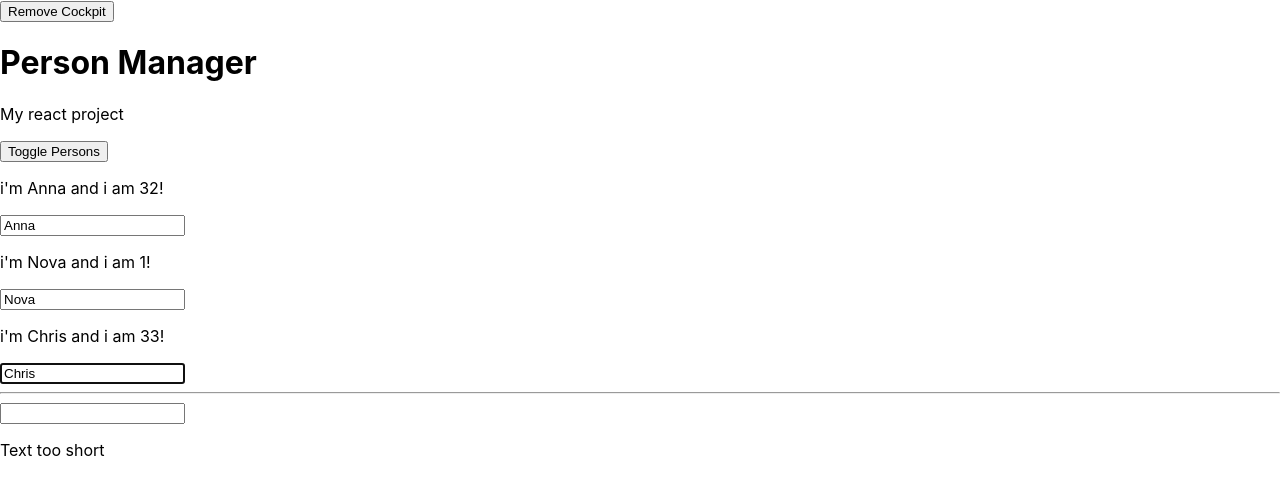
Repository: chrisbriz/myreactapp
Page: /
These files come from the project's save history. The page is drawn as it stood at one moment and after a run of saves; the edit follows.
The browser window is 1280 px wide. The pictures show the whole page.
The project was rebuilt for these pictures with package versions that can differ from the ones it lists, and the page was loaded fresh each time. Also part of the build but not shown: src/Containers/App.css, src/Components/Char.js, src/Components/Persons/Person/Person.css, src/Components/Cockpit/Cockpit.css.

Above is the page before, as saved 2019-02-20 09:56:50.

### src/index.js
import React from 'react';
import ReactDOM from 'react-dom';
import './index.css';
import App from './Containers/App';
import * as serviceWorker from './serviceWorker';

ReactDOM.render(<App appTitle="Person Manager"/>, document.getElementById('root'));

// If you want your app to work offline and load faster, you can change
// unregister() to register() below. Note this comes with some pitfalls.
// Learn more about service workers: http://bit.ly/CRA-PWA
serviceWorker.unregister();

### src/Containers/App.js
import React, { Component } from 'react';
import classes from './App.css';
import Validation from '../Components/Validation';
import Char from '../Components/Char';
import Persons from '../Components/Persons/Persons';
import Cockpit from '../Components/Cockpit/Cockpit';
import withCLass from '../HOC/withClass';
import Auxiliary from '../HOC/Auxiliary';


class App extends Component {

  constructor(props) {
    super(props);
    console.log('[App.js] constructor');
  }

  //state = component internal data, data source
  state = {
    persons: [
      { id: '1', name: 'Anna', age: 32 },
      { id: '2', name: 'Nova', age: 1 },
      { id: '3', name: 'Chris', age: 33 }
    ],
    showPersons: false,
    userInput: '',
    showCockpit: true,
    changeCounter: 0
  }

  static getDerivedStateFromProps(props, state) {
    console.log('[App.js] getDerivedStateFromProps', props)
    return state;
  }

  //IMPORTANT LIFECYCLE HOOK
  componentDidMount() {
    console.log('[App.js] componentDidMount');
  }

  //IMPORTANT LIFECYCLE HOOK
  shouldComponentUpdate(nextProps, nextState) {
    console.log('[App-js] shouldComponentUpdate');
    return true;
  }

  //IMPORTANT LIFECYCLE HOOK
  componentDidUpdate() {
    console.log('[App-js] componentDidUpdate');
  }

  inputChangeHandler = (event) => {
    this.setState({ userInput: event.target.value })
  }

  deleteCharHandler = (index) => {
    const text = this.state.userInput.split('');
    text.splice(index, 1);
    const updatedText = text.join('');
    this.setState({ userInput: updatedText });
  }

  nameChangedHandler = (event, id) => {
    const personIndex = this.state.persons.findIndex(p => {
      return p.id === id;
    });

    const person = {
      ...this.state.persons[personIndex]
    };

    person.name = event.target.value;

    const persons = [...this.state.persons];
    persons[personIndex] = person;

    this.setState((prevState, props) => {
      return {
        persons: persons,
        changeCounter: prevState.changeCounter + 1
      };
    });
  }

  deletePersonHandler = (personIndex) => {
    // const persons = this.state.persons.slice();
    /*spread operator = spreads le element of the initial array into a new array
    we now manipulate a copy of the original state (mutating the state directly is bad practice)
    then updating the state*/
    const persons = [...this.state.persons];
    persons.splice(personIndex, 1);
    this.setState({ persons: persons });
  }

  togglePersonsHandler = () => {
    const doesShow = this.state.showPersons;
    this.setState({ showPersons: !doesShow });
  }

  render() {
    console.log('[App.js] render')

    const charList = this.state.userInput.split('').map((ch, index) => {
      return <Char
        character={ch}
        key={index}
        clicked={() => this.deleteCharHandler(index)} />;
    });

    let persons = null;

    if (this.state.showPersons) {
      persons =
        <Persons
          persons={this.state.persons}
          clicked={this.deletePersonHandler}
          changed={this.nameChangedHandler} />
    }

    return (
      <Auxiliary>
        <button
          onClick={() => {
            this.setState({ showCockpit: false });
          }}>
          Remove Cockpit
        </button>
        {this.state.showCockpit ? (
          <Cockpit
            title={this.props.appTitle}
            showPersons={this.state.showPersons}
            personsLength={this.state.persons.length}
            clicked={this.togglePersonsHandler}
          />
        ) : null}
        {persons}
        <hr />
        <input
          type="text"
          onChange={this.inputChangeHandler}
          value={this.state.userInput} />
        <p>{this.state.userInput}</p>
        <Validation inputLength={this.state.userInput.length} />
        {charList}
      </Auxiliary>
    );
  }
}

export default withCLass(App, classes.App);

### src/Components/Validation.js
import React from 'react';

const validation = (props) => {
    let validationMessage = 'Text long enough';

    if(props.inputLength <= 5){
        validationMessage ='Text too short';
    }

    return (
        <div>
            <div>{validationMessage}</div>
        </div>
    );
};

export default validation;

### src/Components/Persons/Persons.js
import React, { PureComponent } from 'react';
import Person from './Person/Person';


class Persons extends PureComponent {
    // static getDerivedStateFromProps(props, state){
    //     console.log('[Persons.js] getDerivedStateFromProps');
    //     return state;
    // }

    // componentWillReceiveProps(props){
    //     console.log('[Persons.js] componentWillReceiveProps', props);
    // }

    // shouldComponentUpdate(nextProps, nextState) {
    //     console.log('[Persons.js] souldComponentUpdate');
    //     if (
    //         nextProps.persons !== this.props.persons ||
    //         nextProps.changed !== this.props.changed ||
    //         nextProps.clicked !== this.props.clicked
    //         ) {
    //         return true;
    //     } else {
    //         return false;
    //     }
    // }

    getSnapshotBeforeUpdate(prevProps, prevState) {
        console.log('[Persons.js] getSnapshotBeforeUpdate');
        return { message: 'Snapshot!' };
    }

    componentDidUpdate(prevProps, prevState, snapshot) {
        console.log('[Persons.js] componentDidUpdate');
        console.log(snapshot);
    }

    componentWillUnmount() {
        console.log('[Persons.js] componentWillUnmount');
    }

    render() {
        console.log('[Person.js] rendering...');
        return this.props.persons.map((person, index) => {
            return (
                <Person
                    click={() => this.props.clicked(index)}
                    name={person.name}
                    age={person.age}
                    key={person.id}
                    changed={(event) => this.props.changed(event, person.id)}
                />
            );
        });
    }
}

export default Persons;

### src/Components/Cockpit/Cockpit.js
import React, { useEffect, useRef } from 'react';
import classes from './Cockpit.css';

const cockpit = (props) => {
    const toggleBtnRef = useRef(null);

    useEffect(() => {
        console.log('[Cockpit.js] useEffect');
        //HTTP request...
        // setTimeout(() => {
        //     alert('Saved data to the cloud');
        // }, 1000);
        toggleBtnRef.current.click();
        return () => {
            console.log('[Cockpit.js] clean up work in useEffect');
        };
    }, []);

    const assignedClasses = [];
    let btnClass = '';
    if (props.showPersons) {
        btnClass = classes.Red;
    }
    if (props.personsLength <= 2) {
        assignedClasses.push(classes.red);
    }
    if (props.personsLength <= 1) {
        assignedClasses.push(classes.bold);
    }

    return (
        <div className={classes.Cockpit}>
            <h1>{props.title}</h1>
            <p className={assignedClasses.join(' ')}>My react project</p>
            <button
                ref={toggleBtnRef}
                className={btnClass}
                onClick={props.clicked}>Toggle Persons</button>
        </div>
    );

};

export default React.memo(cockpit);

### src/HOC/withClass.js
import React from 'react';

const withClass = (WrappedComponent, className) => {
    return props => (
        <div className={className}>
            <WrappedComponent {...props} />
        </div>
    );
};

export default withClass;

### src/Components/Persons/Person/Person.js
import React, { Component } from 'react';
import PropTypes from 'prop-types';

import Auxiliary from '../../../HOC/Auxiliary';
import withClass from '../../../HOC/withClass';
import classes from './Person.css';



//props = properties on the element in app.js
class Person extends Component {
constructor(props){
  super(props);
  this.inputElementRef = React.createRef();
}

componentDidMount(){
  // this.inputElement.focus();
  this.inputElementRef.current.focus();
}

  render() {
    console.log('[Person.js] rendering...');
    return (
      <Auxiliary>
        <p onClick={this.props.click}>
          i'm {this.props.name} and i am {this.props.age}!
        </p>
        <p key="i2">{this.props.children}</p>
        <input
          key="i3"
          // ref={(inputEl) => {this.inputElement = inputEl}}
          ref={this.inputElementRef}
          type="text"
          onChange={this.props.changed}
          value={this.props.name}
        />
      </Auxiliary>
    );
  }
}

Person.propTypes = {
  click: PropTypes.func,
  name: PropTypes.string,
  age: PropTypes.number,
  changed: PropTypes.func
};

export default withClass(Person, classes.Person);

Loaded but not shown: public/index.html (common file); src/index.css (common file); src/serviceWorker.js (common file); src/HOC/Auxiliary.js (common file)

After the next 2 saves:
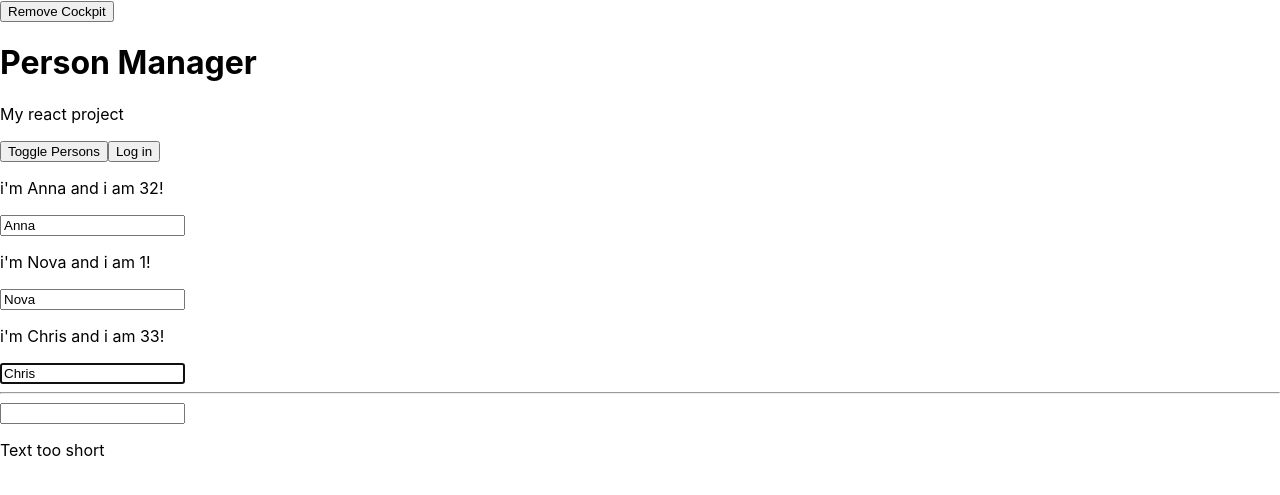
The 2 saves are shown as one change because they came seconds apart.
The last was saved 2 min 17 s later.
--- a/src/Components/Cockpit/Cockpit.js
+++ b/src/Components/Cockpit/Cockpit.js
@@ -36,6 +36,10 @@
                 ref={toggleBtnRef}
                 className={btnClass}
                 onClick={props.clicked}>Toggle Persons</button>
+            <button
+                onClick={props.login}>
+                Log in
+                </button>
         </div>
     );
 
